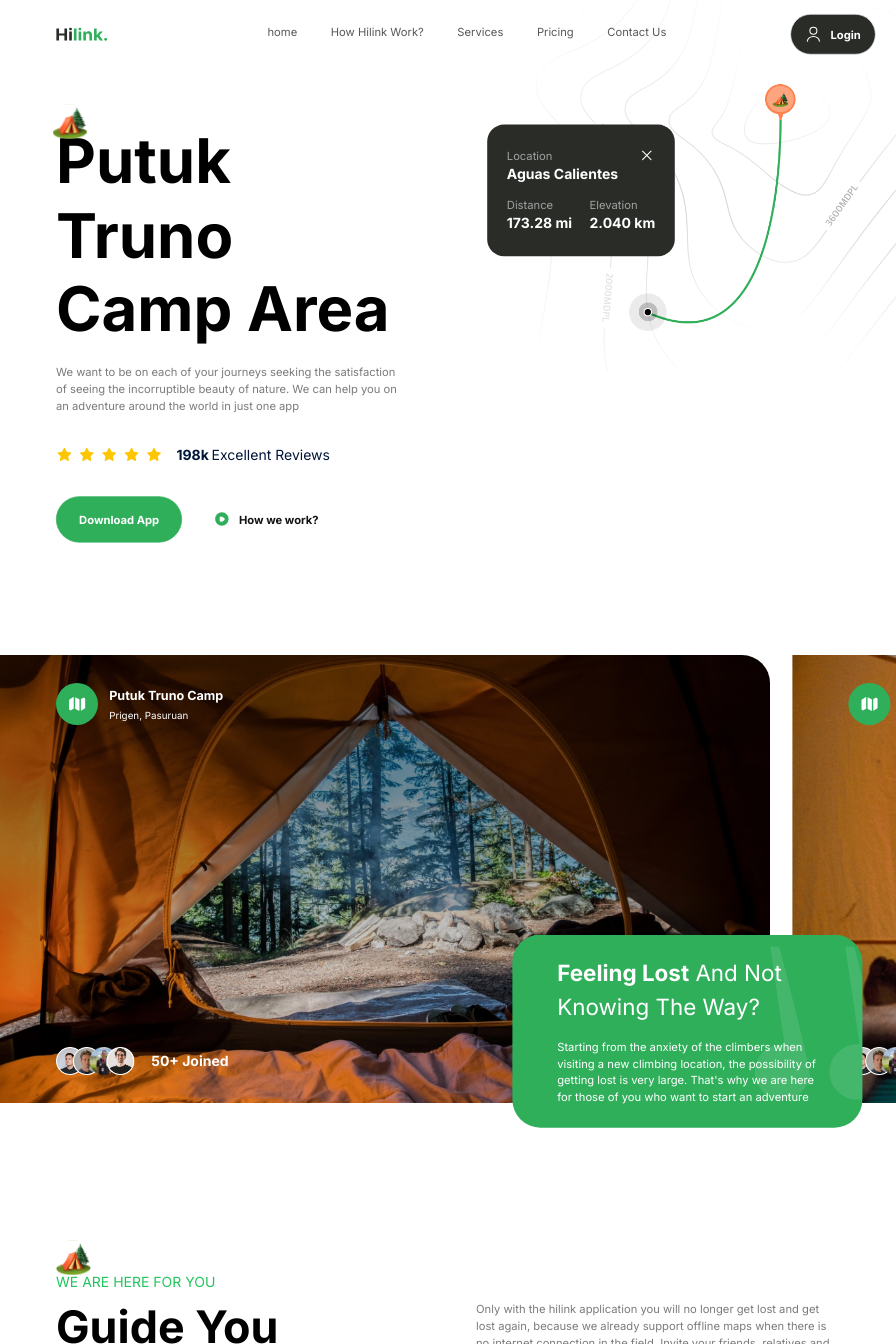
Repository: abdulrahmanmahmood/Travel-App
Page: /
These files come from the project's save history. The page is drawn as it stood at one moment and after the next save; the edit follows.
The browser window is 1280 px wide. The pictures show the part of the page from y = 0 to 1920 px (the page is 4955 px tall), at 70% of full size.
The project was rebuilt for these pictures with package versions that can differ from the ones it lists, and the page was loaded fresh each time. The framework's server and built-in components were replaced by stand-ins that run in the browser. Also part of the build but not shown: next.config.js.

Above is the page before, as saved 2023-11-10 11:28:16.

After the next save:
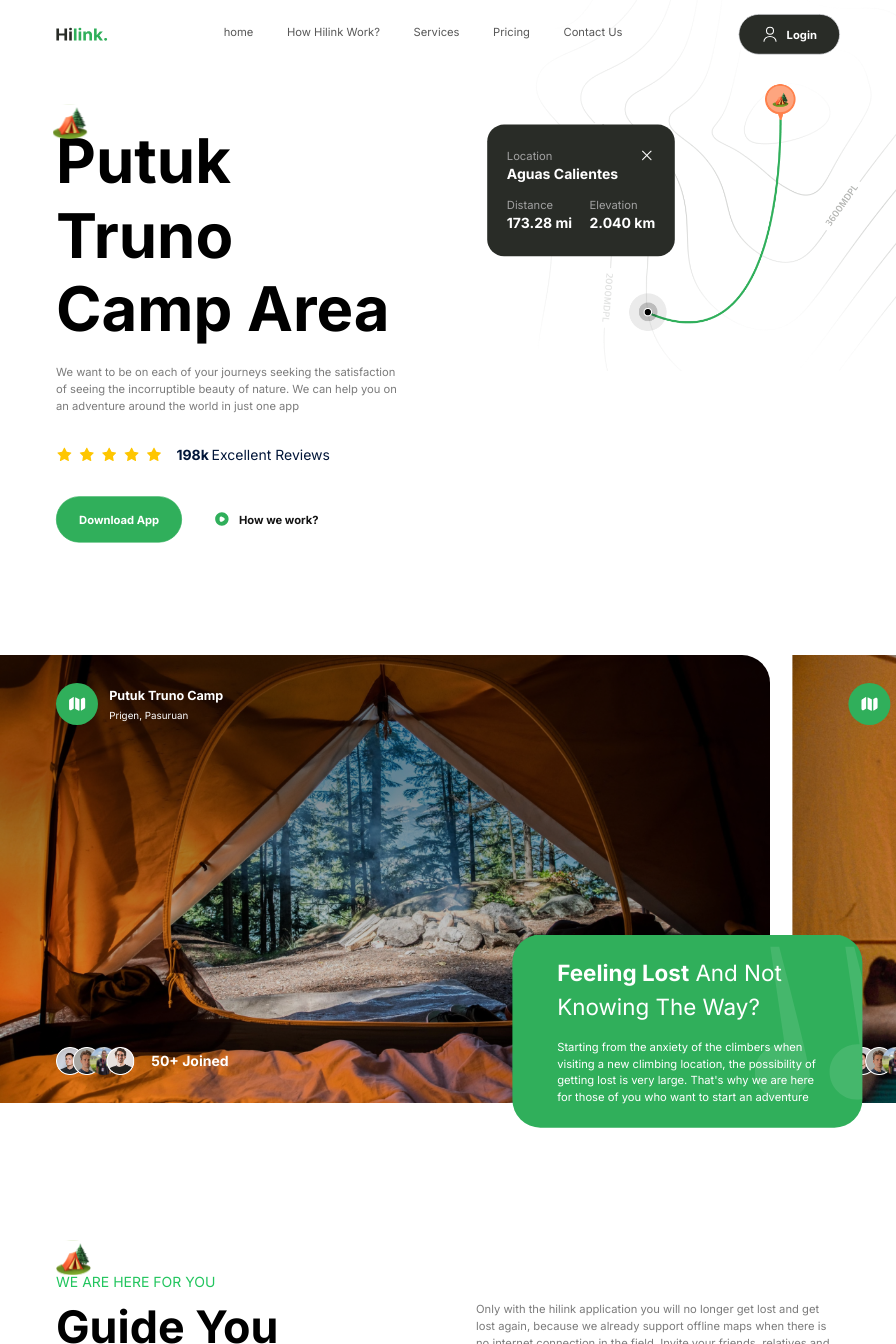
Saved 60 s later.
--- a/components/Navbar.tsx
+++ b/components/Navbar.tsx
@@ -25,7 +25,7 @@ const Navbar = () => {
           </Link>
         ))}
       </ul>
-      <div className="lg:flexCenter w-[20px]  ">
+      <div className="lg:flexCenter ">
         <Button
           type="button"
           title="Login"
